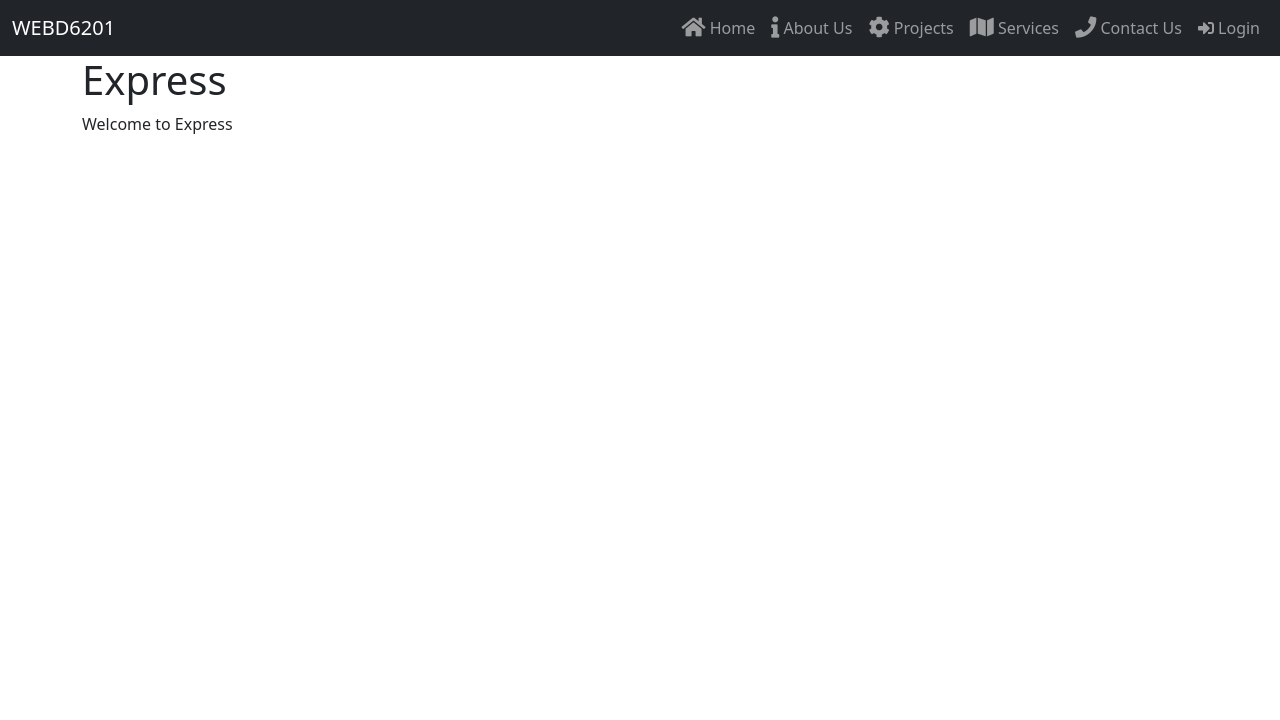
Repository: ahmedrizvi/WEBD6201-W2021-ICE09
Page: http://localhost/
The author's editor kept a copy of each file at every save. The page is drawn from the files as they stood at one save, then again after the next save.
The browser window is 1280 px wide. The pictures show the whole page.
The page is served by the project's Node server (server.js).

Above is the page before, as saved 2021-03-27 20:38:06.

After the next save:
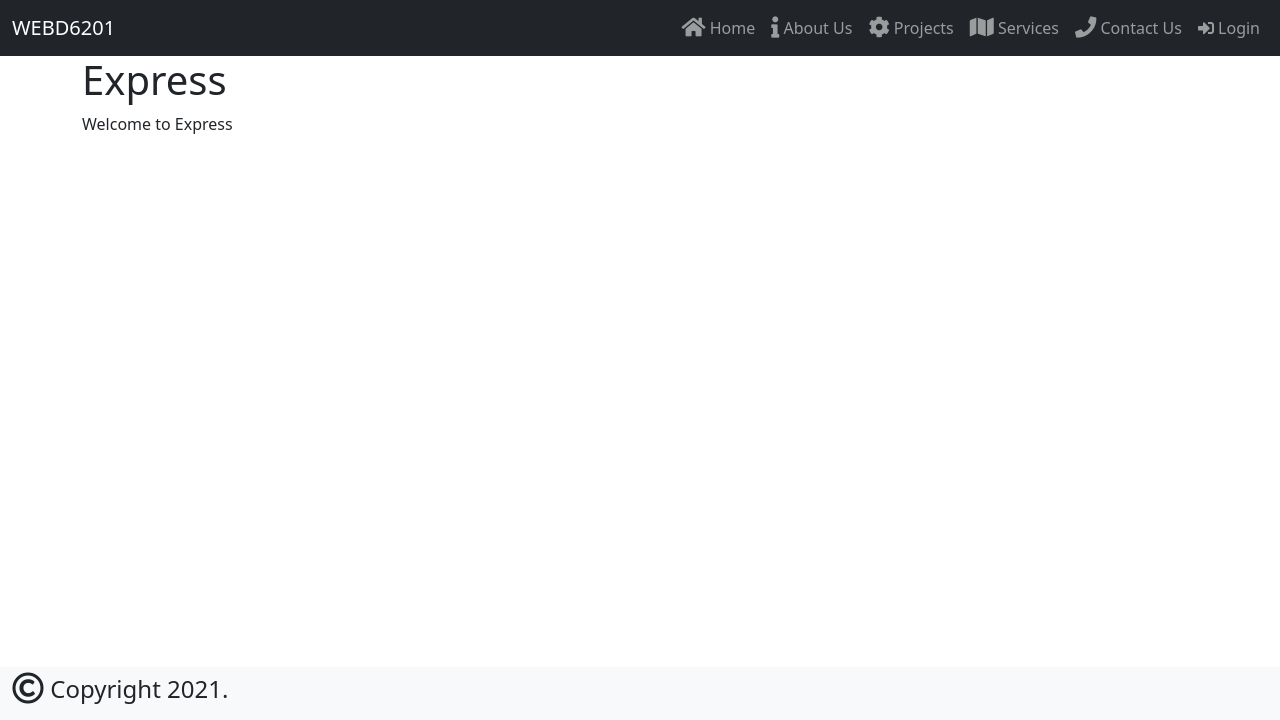
Saved 7 s later.
--- a/Views/index.ejs
+++ b/Views/index.ejs
@@ -24,7 +24,9 @@
     </main>
 
     <!-- Main Footer -->
-    <footer></footer>
+    <footer>
+      <%- include('./components/footer'); -%>
+    </footer>
 
     <!-- Script Section-->
     <script src="./jquery/dist/jquery.min.js"></script>
